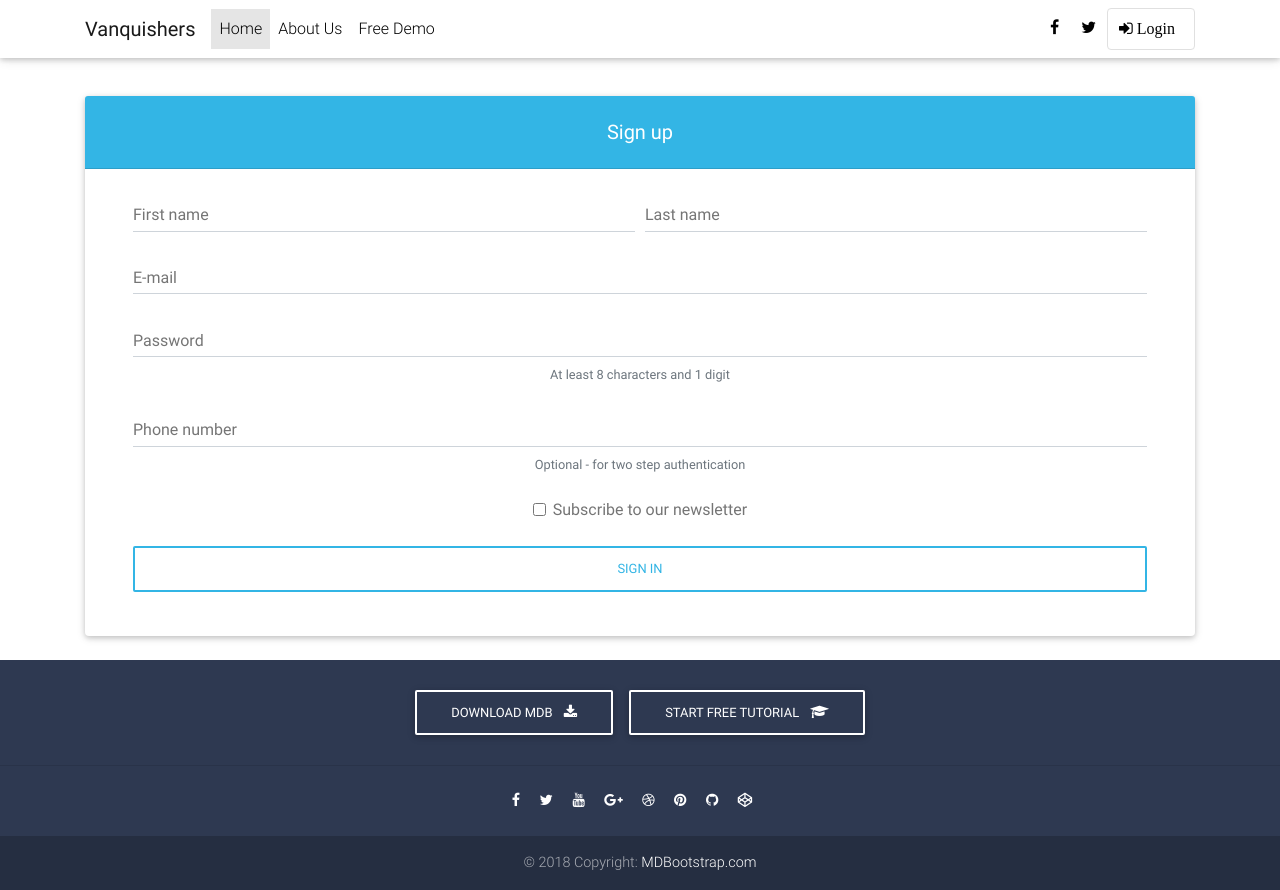
Repository: KJSCEhack/KJSCE_Vanquishers
Page: http://localhost/demo.php
An editor plug-in stored every save of this project. The page is shown before and after the next save, followed by the edit.
The browser window is 1280 px wide. The pictures show the whole page.
The page is run by PHP 8.4 with error messages shown; the project is at /var/www/html/.

Above is the page before, as saved 2018-10-06 09:04:44.

After the next save:
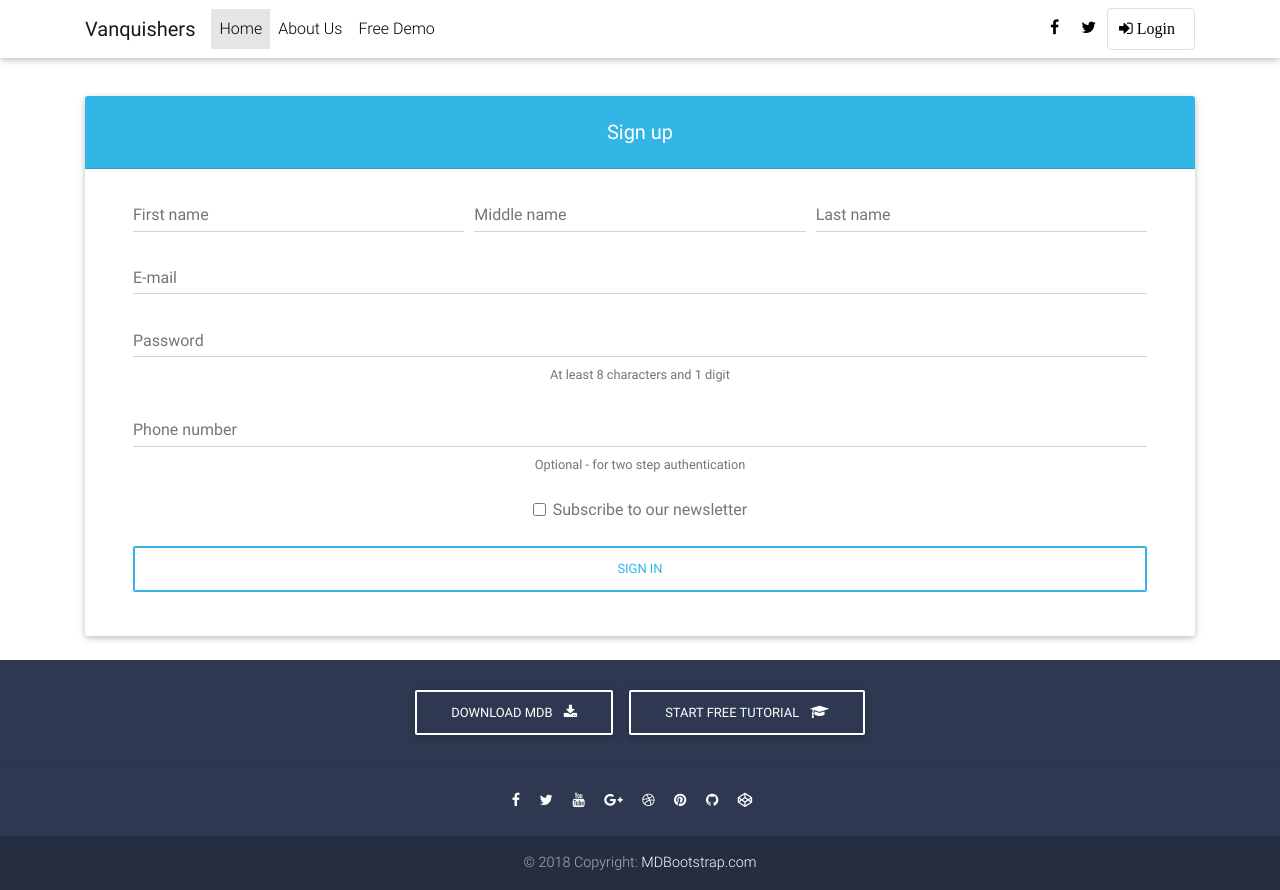
Saved 60 s later.
--- a/demo.php
+++ b/demo.php
@@ -121,6 +121,13 @@ mysqli_close($conn);
                             <div class="md-form">
                                 <input type="text" id="materialRegisterFormFirstName" class="form-control">
                                 <label for="materialRegisterFormFirstName">First name</label>
+                            </div>
+                        </div>
+                        <div class="col">
+                            <!-- Last name -->
+                            <div class="md-form">
+                                <input type="email" id="materialRegisterFormMiddleName" class="form-control">
+                                <label for="materialRegisterFormMiddleName">Middle name</label>
                             </div>
                         </div>
                         <div class="col">
